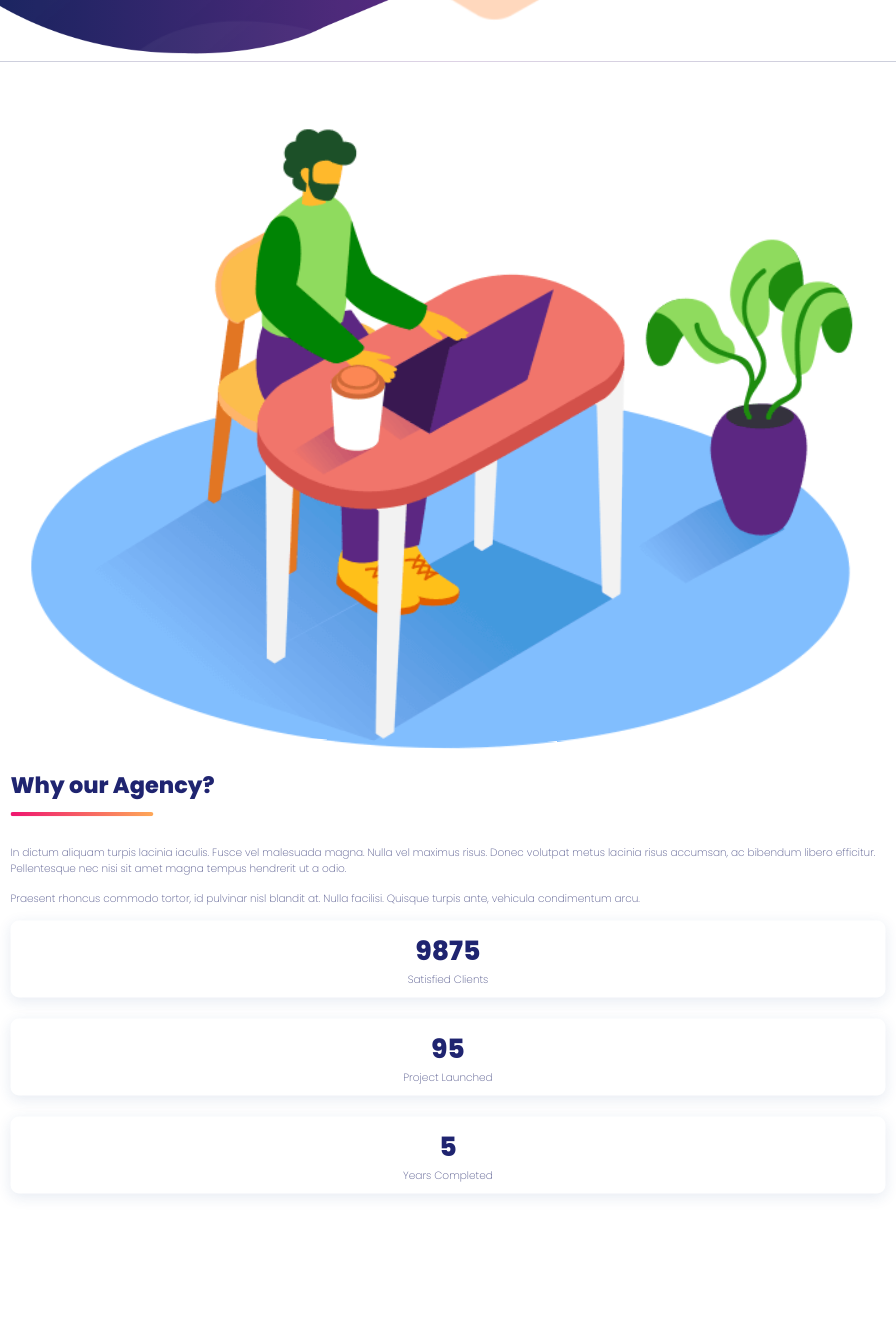
Repository: OmniaRafat232111121/agency
Page: index.html
These files come from the project's save history. The page is drawn as it stood at one moment and after a run of saves; the edit follows.
The browser window is 1280 px wide. The pictures show the part of the page from y = 1320 to 3240 px (the page is 3205 px tall before and 3240 px after), at 70% of full size.

Above is the page before, as saved 2022-10-28 23:21:12.

### index.html
<!DOCTYPE html>
<html lang="en">
<head>
    <meta charset="UTF-8">
    <meta http-equiv="X-UA-Compatible" content="IE=edge">
    <meta name="viewport" content="width=device-width, initial-scale=1.0">
    <title>Desinic</title>
    <!--Googlefont-->
    <link rel="preconnect" href="https://fonts.googleapis.com">
<link rel="preconnect" href="https://fonts.gstatic.com" crossorigin>
<link href="https://fonts.googleapis.com/css2?family=Be+Vietnam+Pro:wght@100&family=Montserrat:wght@400;700&family=Nunito:wght@300&family=Poppins:ital,wght@0,200;0,800;0,900;1,100;1,200&family=Source+Sans+Pro:ital,wght@0,700;1,600&family=Ubuntu:ital,wght@0,300;1,300&display=swap" rel="stylesheet">
    <!--css-->
<link rel="stylesheet" href="./assets/css/style.css">
</head>
<body>
   <!--header-->
   <header class="header active">
    <div class="container">
        <div class="overlay" data-overlay></div>
        <a href="#">
            <h1 class="logo">Desinic</h1>

        </a>
        <!--navbar-->
        <nav class="navbar" data-navbar>

        <div class="navbar-top">
        <a  href="#" class="logo">Desinic</a>
        <button class="nav-close-btn" aria-label="Close Menu" data-nav-close-btn>
           <ion-icon name="close-outline"></ion-icon>
        </button>

        </div>

            <ul class="navbar-list">
                <li class="navbar-item">
                    <a href="#home" class="navbar-link" data-navbar-link>Home</a>
                </li>
                <li class="navbar-item">
                    <a href="#about" class="navbar-link"data-navbar-link>About</a>
                </li>
                <li class="navbar-item">
                    <a href="#services" class="navbar-link"data-navbar-link>Services</a>
                </li>
                <li class="navbar-item">
                    <a href="#features" class="navbar-link"data-navbar-link>Features</a>
                </li>
                <li class="navbar-item">
                    <a href="#blog" class="navbar-link"data-navbar-link>Blog</a>
                </li>
                <li class="navbar-item">
                    <a href="#contact" class="navbar-link"data-navbar-link>Contact us</a>
                </li>
            </ul>

        </nav>


            <a class="btn">
 <ion-icon name="chevron-forward-outline" aria-hidden="true"></ion-icon>
    <span>Get A Quote</span>
            </a>

            <button class="nav-btn-open" aria-label="Open Menu" data-nav-open-btn>
                <ion-icon name="menu-outline"></ion-icon>
            </button>


    </div>

   </header>
<main>
    <article>
        <!--Hero-->
        <section class="hero" id="home">
            <div class="container">

              <div class="hero-content">

                <p class="hero-subtitle">We Are Product Designer From UK</p>

                <h2 class="h2 hero-title">We Design Interfaces That Users Love</h2>

                <p class="hero-text">
                  Morbi sed lacus nec risus finibus feugiat et fermentum nibh. Pellentesque vitae ante at elit fringilla ac
                  at purus.
                </p>

                <button class="button">Learn More</button>

              </div>

              <figure class="hero-banner">
                <img src="./assets/images/hero-banner.png" width="694" height="529" loading="lazy" alt="hero-banner"
                  class="w-100 banner-animation">
              </figure>

            </div>
          </section>
        <!--about-->
        <section class="section about" id="about">
            <div class="container">
                <figure>
                    <img src="./assets/images/about-banner.png" class="w-100 banner-animation" width="700" height="532" alt="aboutbanner" srcset="">
                </figure>
                <div class="about-content">
                     <h2 class=" h2 section-title underline">Why our Agency?</h2>
                     <p class="about-text">
                        In dictum aliquam turpis lacinia iaculis. Fusce vel malesuada magna. Nulla vel maximus risus. Donec
                        volutpat metus
                        lacinia risus accumsan, ac bibendum libero efficitur. Pellentesque nec nisi sit amet magna tempus
                        hendrerit ut a odio.
                      </p>

                      <p class="about-text">
                        Praesent rhoncus commodo tortor, id pulvinar nisl blandit at. Nulla facilisi. Quisque turpis ante,
                        vehicula condimentum
                        arcu.
                      </p>
                      <ul class="stats-list">
                        <li class="stats-card">
                            <p class="h3 stats-title">9875</p>
                            <p class="stats-text">Satisfied Clients</p>
                        </li>
                        <li class="stats-card">
                            <p class="h3 stats-title">95</p>
                            <p class="stats-text">Project Launched</p>
                        </li>
                        <li class="stats-card">
                            <p class="h3 stats-title">5</p>
                            <p class="stats-text">Years Completed</p>
                        </li>

                      </ul>
                    </div>

            </div>

        </section>

        <!--services-->
        <section class="section service" id="services">
          <div class="container">

          </div>
        </section>

    </article>
</main>
    <!--custom js-->
    <script src="./assets/js/script.js"></script>

    <script type="module" src="https://unpkg.com/ionicons@5.5.2/dist/ionicons/ionicons.esm.js"></script>
<script nomodule src="https://unpkg.com/ionicons@5.5.2/dist/ionicons/ionicons.js"></script>
</body>
</html>

### assets/css/style.css
:root{
  /**colors**/
  --st-patricks-blue: hsl(236, 57%, 28%);
--amaranth-purple: hsl(335, 88%, 38%);
--royal-blue-dark: hsl(231, 68%, 21%);
--chrome-yellow: hsl(39, 100%, 52%);
--space-cadet-1: hsl(230, 41%, 25%);
--space-cadet-2: hsl(230, 59%, 16%);
--winter-sky_50: hsla(335, 87%, 53%, 0.5);
--purple-navy: hsl(236, 26%, 43%);
--ksu-purple: hsl(275, 54%, 33%);
--winter-sky: hsl(335, 87%, 53%);
--razzmatazz: hsl(335, 87%, 51%);
--platinum: hsl(0, 0%, 90%);
--black_70: hsla(0, 0%, 0%, 0.7);
--rajah: hsl(29, 99%, 67%);
--white: hsl(0, 0%, 100%);

--gradient-1: linear-gradient(90deg,var(--royal-blue-dark) 0,var(--ksu-purple) 51%,var(--royal-blue-dark));
--gradient-2: linear-gradient(90deg,var(--razzmatazz) ,var(--rajah))

/*font*/
--ff-source-sans-pro: 'Source Sans Pro', sans-serif;
--ff-poppins: 'Poppins', sans-serif;

--fs-1: 4.2rem;
--fs-2: 3.8rem;
--fs-3: 3.2rem;
--fs-4: 2.5rem;
--fs-5: 2.4rem;
--fs-6: 2rem;
--fs-7: 1.8rem;
--fs-8: 1.5rem;

--fw-500: 500;
--fw-600: 600;
--fw-700: 700;

/*Border-radius*/
--radius-4: 4px;
--radius-12: 12px;
/*spacig*/
--section-padding: 60px;


/*transation*/
--transition-1: 0.15s ease;
--transition-2: 0.35s ease;
--cubic-in: cubic-bezier(0.51, 0.03, 0.64, 0.28);
--cubic-out: cubic-bezier(0.33, 0.85, 0.56, 1.02);
 /*shadow*/
 --shadow: 0 5px 20px 1px hsla(220, 63%, 33%, 0.1);

}
/*__________________________________________*\
#Reset
/*__________________________________________*/
*,
*::before,
*::after{
margin:0;
padding:0;
box-sizing: border-box;
}
li{list-style: none;}
a{text-decoration:none;}
a,
img,
input,
button,
io-icon{
display:block;
}
button,input{
  background: none;
  border:none;
  font:inherit;
}
button{
  cursor: pointer;
}
input{
  width: 100%;
}
io-icon{
  pointer-events:none;
}
img{
  height:auto;
}
address{
  font-style: normal;
}
html{
  font-family: var(--ff-poppins);
  font-size: 10px;
  scroll-behavior: smooth;
}
body{
  background: white;
  color:var(--purple-navy);
  font-size: 1.6rem;
}
/*width*/
::-webkit-scrollbar{
  width: 10px;
}
/*track*/
::-webkit-scrollbar-track{
   background-color: hsl(0,0%,95%);
}
/*handle*/
::-webkit-scrollbar-thum{
   background-color: hsl(0,0%,80%);
}
/*hover*/
::-webkit-scrollbar-thumb:hover{
   background-color: hsl(0,0%,70%);
}
/*__________________________________________*\
#Reuse
/*__________________________________________*/
.container{
  padding-inline:15px;
}
.h2,
.h3 { font-family: var(--ff-source-sans-pro); }
.button {
  background:linear-gradient(90deg,var(--razzmatazz) ,var(--rajah));
  background-size: 200%;
  color: var(--white);
  padding: 12px 35px;
  font-size: var(--fs-8);
  font-weight: var(--fw-500);
  border-radius: 0 25px;
  transition: var(--transition-2);
  -webkit-transition: var(--transition-2);
  -moz-transition: var(--transition-2);
  -ms-transition: var(--transition-2);
  -o-transition: var(--transition-2);
  -webkit-border-radius:;
  -moz-border-radius:;
  -ms-border-radius:;
  -o-border-radius:;
}
.button:is(:hover, :focus) { background-position: right; }
.w-100 { width: 100%; }
.banner-animation { animation: waveAnim 2s linear infinite alternate; }
@keyframes waveAnim {
  0% { transform: translate(0, 0) rotate(0); -webkit-transform: translate(0, 0) rotate(0); -moz-transform: translate(0, 0) rotate(0); -ms-transform: translate(0, 0) rotate(0); -o-transform: translate(0, 0) rotate(0); }
  100% { transform: translate(2px, 2px) rotate(1deg); }
}

.section { padding-block: var(--section-padding); }
.section-title {
  color: var(--st-patricks-blue);
  font-size: var(--fs-3);
  margin-block-end: 60px;
  max-width: max-content;
  margin-inline: auto;
}
.underline{
  position: relative;
}
.underline::before{
  content:"";
  position:absolute;
  left:20%;
  bottom:-20px;
  width: 70%;
  transform: translateX(-50%);
  height: 6px;
  border-radius: 10px;
  background:linear-gradient(90deg,var(--razzmatazz) ,var(--rajah));
}


/*__________________________________________*\
#header
/*__________________________________________*/

/*-----------------------------------*\
  #HEADER
\*-----------------------------------*/

.header .btn { display: none; }

.header {
  --color: var(--white);

  position: absolute;
  top: 0;
  left: 0;
  width: 100%;
  padding-block: 14px;
  z-index: 4;
  transition: var(--transition-1);
}

.header.active {
  --color: var(--st-patricks-blue);

  position: fixed;
  background-color: var(--white);
  box-shadow: 0 2px 30px hsla(0, 0%, 0%, 0.1);
}

.header .container {
  display: flex;
  justify-content: space-between;
  align-items: center;
  gap: 30px;
}

.logo {
  color: var(--color);
  font-family: var(--ff-source-sans-pro);
  font-size: var(--fs-3);
}

.nav-open-btn {
  color: var(--color);
  font-size: 32px;
  padding: 4px;
}

.navbar {
  background-color: var(--white);
  position: fixed;
  top: 0;
  left: -280px;
  width: 100%;
  max-width: 280px;
  min-height: 100%;
  padding: 20px;
  visibility: hidden;
  z-index: 2;
  transition: 0.25s var(--cubic-in);
}

.navbar.active {
  transform: translateX(280px);
  visibility: visible;
  transition: 0.5s var(--cubic-out);
  -webkit-transition: 0.5s var(--cubic-out);
  -moz-transition: 0.5s var(--cubic-out);
  -ms-transition: 0.5s var(--cubic-out);
  -o-transition: 0.5s var(--cubic-out);
  -webkit-transform: translateX(280px);
  -moz-transform: translateX(280px);
  -ms-transform: translateX(280px);
  -o-transform: translateX(280px);
}

.navbar-top {
  display: flex;
  justify-content: space-between;
  align-items: center;
  padding-block: 10px 30px;
}

.navbar-top .logo {
  color: var(--st-patricks-blue);
  font-size: 4.2rem;
  font-weight: var(--fw-700);
}

.nav-close-btn {
  color: var(--space-cadet-1);
  font-size: 2.8rem;
  padding: 4px;
}

.navbar-item:not(:last-child) { border-bottom: 1px solid var(--platinum); }

.navbar-link {
  color: var(--space-cadet-1);
  font-size: var(--fs-8);
  font-weight: var(--fw-600);
  padding-block: 12px;
}

.overlay {
  position: fixed;
  inset: 0;
  background-color: var(--black_70);
  z-index: 1;
  opacity: 0;
  pointer-events: none;
  transition: var(--transition-2);
  -webkit-transition: var(--transition-2);
  -moz-transition: var(--transition-2);
  -ms-transition: var(--transition-2);
  -o-transition: var(--transition-2);
}

.overlay.active {
  opacity: 1;
  pointer-events: all;
}





/*-----------------------------------*\
  #HERO
\*-----------------------------------*/

.hero {
  background-image: url("../images/hero-bg-bottom.png"),
                    url("../images/hero-bg.png"),
                    var(--gradient-1);
  background-repeat: no-repeat, no-repeat, no-repeat;
  background-position: -280px bottom, center, center;
  background-size: auto, cover, auto;
  padding-block-start: 120px;
  padding-block-end: var(--section-padding);
}

.hero-content { margin-block-end: 50px; }

.hero-subtitle {
  color: var(--chrome-yellow);
  font-family: var(--ff-source-sans-pro);
  font-size: var(--fs-7);
  margin-block-end: 15px;
}

.hero-title {
  color: var(--white);
  font-size: var(--fs-1);
  margin-block-end: 20px;
}

.hero-text {
  color: var(--white);
  font-size: var(--fs-8);
  margin-block-end: 30px;
}
/*-----------------------------------*\
  #ABOUT
\*-----------------------------------*/
.about-banner { margin-block-end: 30px; }

.about .section-title { margin-inline: 0; }

.about .underline::before {
  left: 0;
  transform: translateX(0);
  -webkit-transform: translateX(0);
  -moz-transform: translateX(0);
  -ms-transform: translateX(0);
  -o-transform: translateX(0);
}

.about-text {
  font-size: var(--fs-8);
  margin-block-end: 20px;
}

.stats-list {
  display: grid;
  gap: 30px;
}

.stats-card {
  text-align: center;
  padding: 15px;;
  box-shadow: var(--shadow);
  border-radius: var(--radius-12);
}

.stats-title {
  color: var(--st-patricks-blue);
  font-size: var(--fs-2);
  font-weight: var(--fw-700);
}

.stats-text { font-size: var(--fs-8); }

### assets/js/script.js

/*navbar toggle*/
const navOpenBtn = document.querySelector("[data-nav-open-btn]");
const navbar = document.querySelector("[data-navbar]");
const navCloseBtn = document.querySelector("[data-nav-close-btn]");
const overlay = document.querySelector("[data-overlay]");

const elemArr = [navCloseBtn, overlay, navOpenBtn];

for (let i = 0; i < elemArr.length; i++) {
  elemArr[i].addEventListener("click", function () {
    navbar.classList.toggle("active");
    overlay.classList.toggle("active");
  });
}

/*navbarLinks**/
let navLinks=document.querySelectorAll('[data-navbar-link]');
for(let i=0;i<navLinks.length;i++){
    navLinks[i].addEventListener("click",function(){
        navbar.classList.toggle("active");
        overlay.classList.toggle("active");
    });
}

After the next 12 saves:
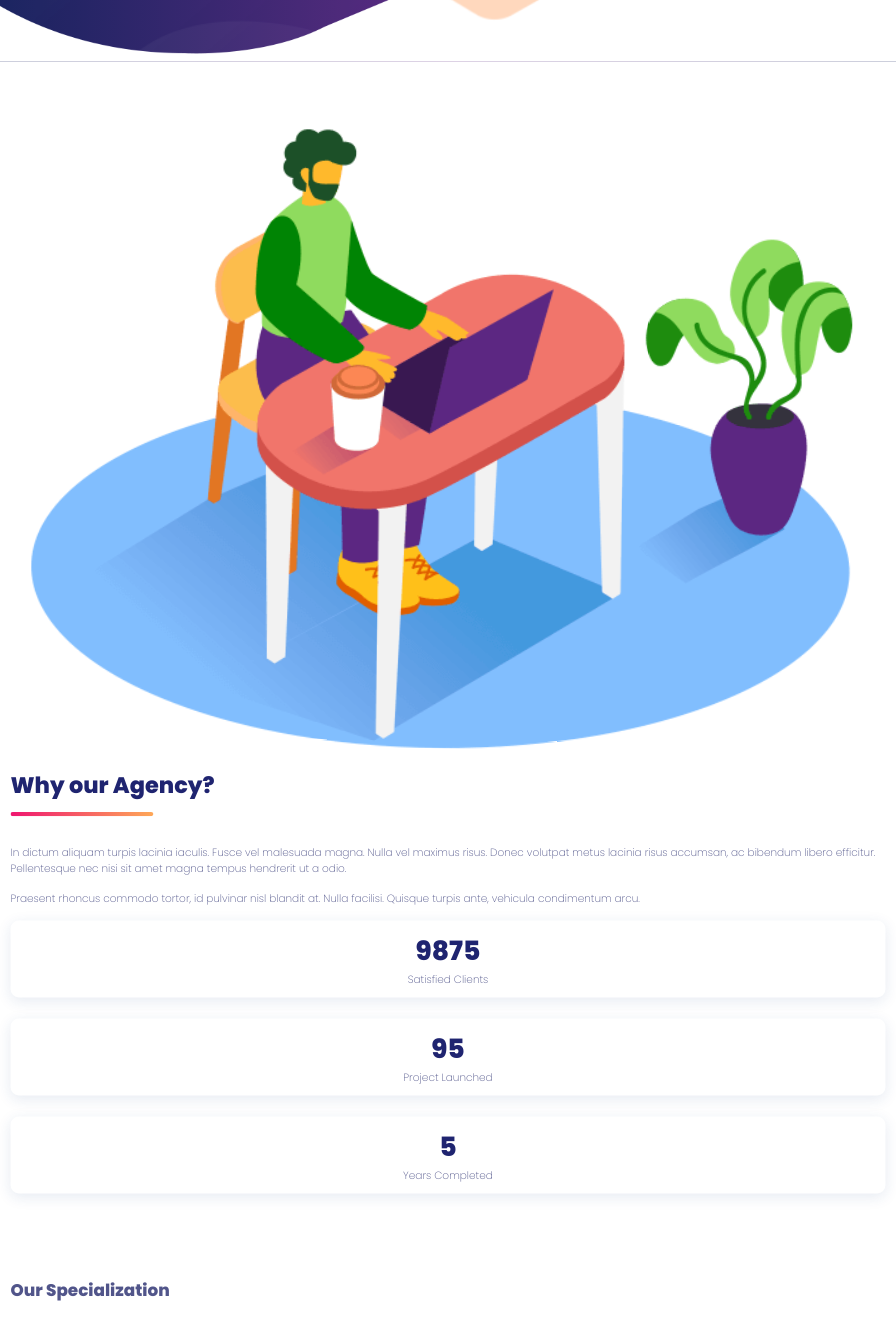
The 12 saves are shown as one change because they came seconds apart.
The last was saved 24 s later.
--- a/index.html
+++ b/index.html
@@ -141,6 +141,7 @@
         <!--services-->
         <section class="section service" id="services">
           <div class="container">
+            <h2>Our Specialization</h2>
 
           </div>
         </section>
